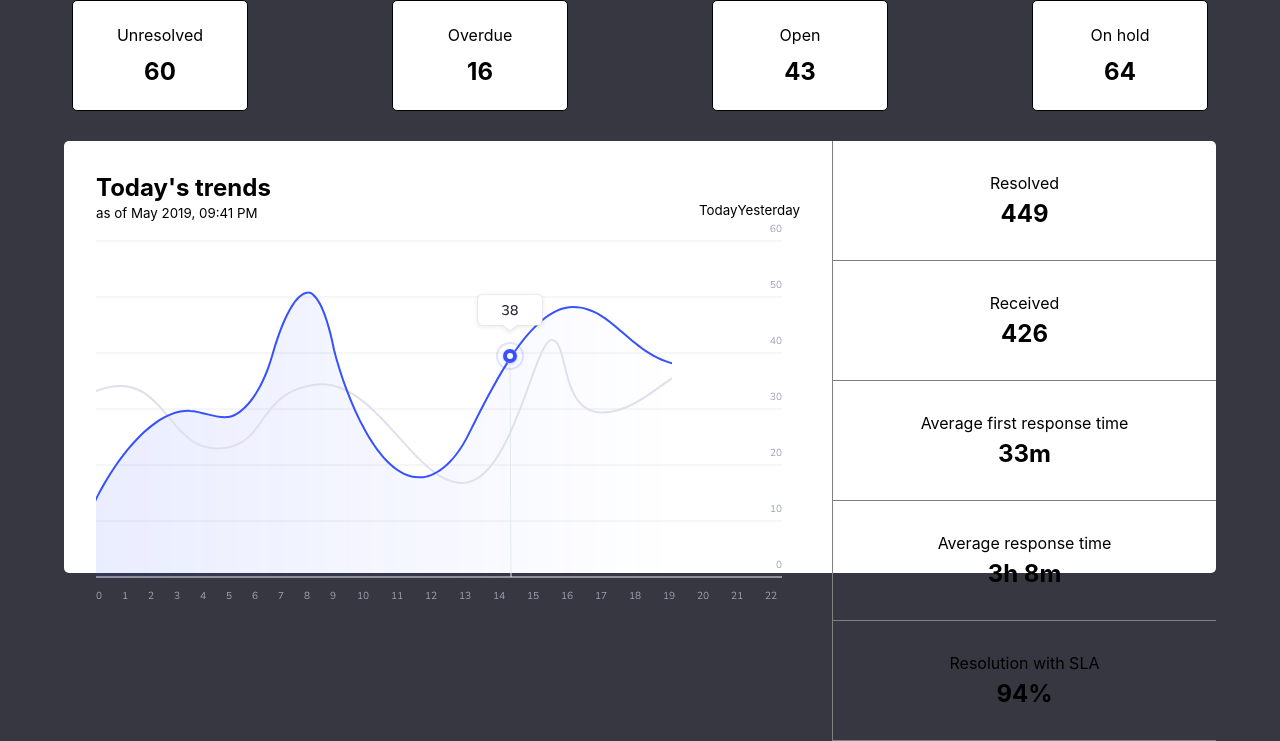
Repository: BuduCE/dashboard
Page: /
These files come from the project's save history. The page is drawn as it stood at one moment and after the next save; the edit follows.
The browser window is 1280 px wide. The pictures show the whole page.
Some web libraries are served in a nearby version. The project was rebuilt for these pictures with package versions that can differ from the ones it lists, and the page was loaded fresh each time.

Above is the page before, as saved 2022-08-03 23:27:18.

After the next save:
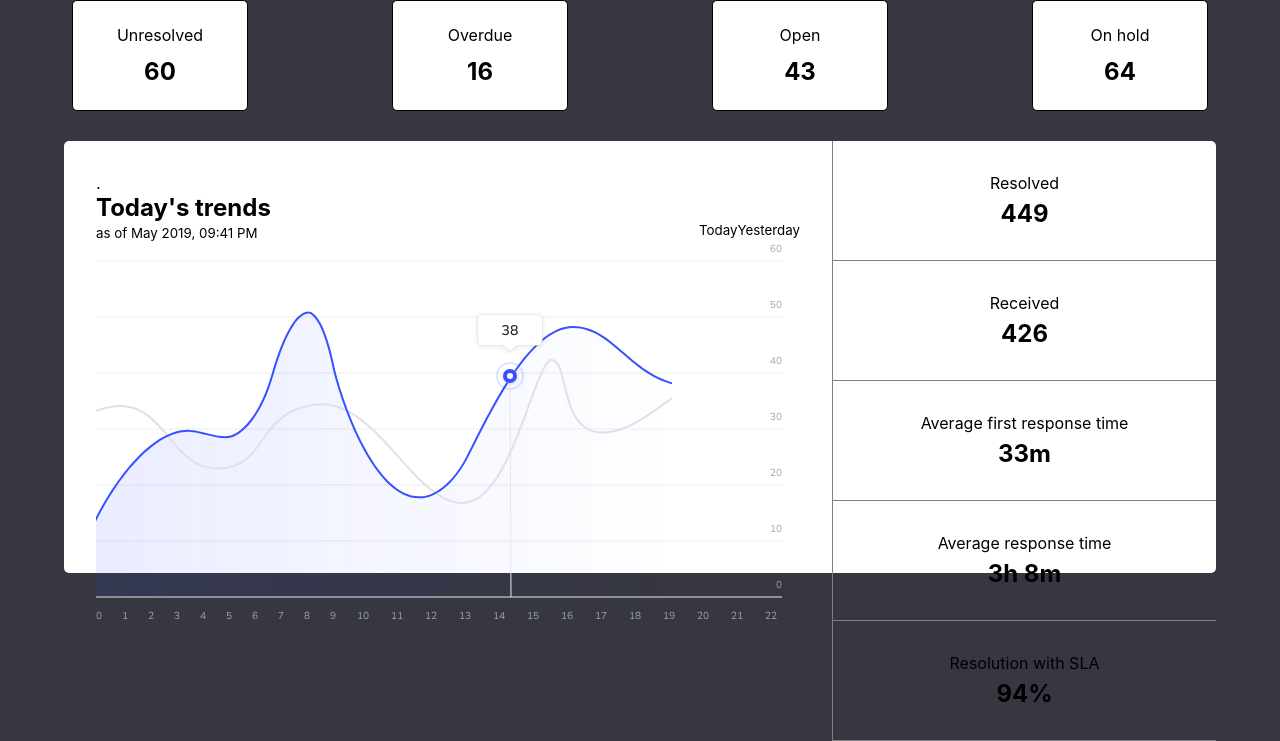
Saved 4 s later.
--- a/src/pages/Overview/index.jsx
+++ b/src/pages/Overview/index.jsx
@@ -28,7 +28,7 @@ const Overview = () => {
         {/* Today's trend */}
         <div className="trends">
             <div className="trends_head">
-
+                .
                 <div className="trend_title">
                     <h2>Today's trends</h2>
                 </div>
